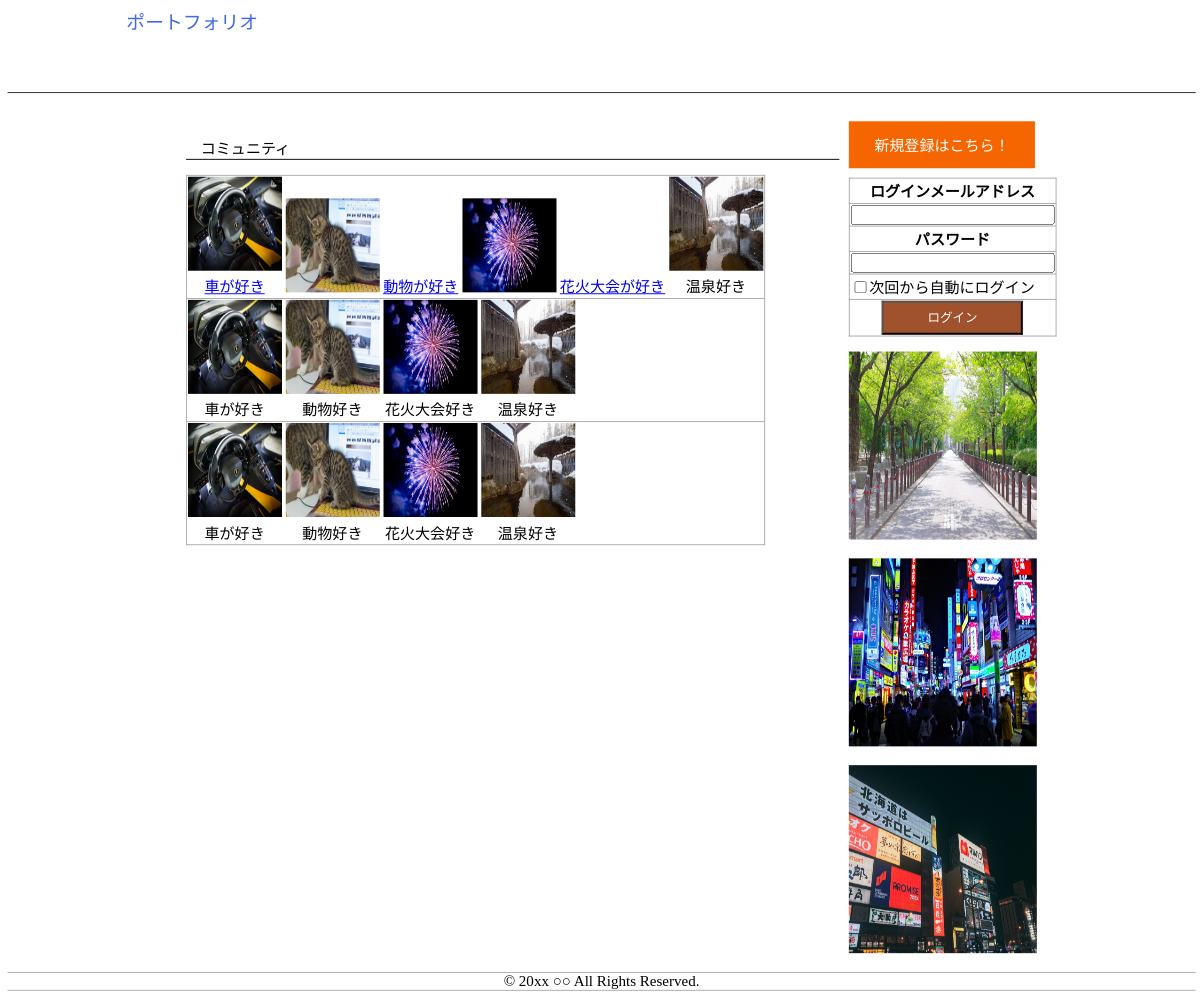
Repository: yuukiabc/samurai_PHP
Page: Login.html
The author's editor kept a record of every edit. The page is drawn from the files as they stood at one moment, then again after the next edit.
The browser window is 1280 px wide. The pictures show the whole page, at 94% of full size.

Above is the page before.

### Login.html
<!DOCTYPE html>
<html>
    <head><meta charset="UTF-8">
        <title>sns</title>
        <link rel="stylesheet"type="text/css"href="Login.css">
    </head>
    <body>

            <div class="f">
                <a href="HP.html">ポートフォリオ</a>
            </div>
            <div class="h">
            <div class="c">
                <p>　コミュニティ</p>
                <table>
                <tr>
                    <td>
                        <div class="community">
                            <img src="16.jpg" alt="画像"width="100" height="100">
                            <br><a href="#">車が好き</a>
                        </div>
                        <div class="community">
                            <img src="17.jpg" alt="画像"width="100" height="100">
                            <a href="#">動物が好き</a>
                        </div>
                        <div class="community">
                            <img src="18.jpg" alt="画像"width="100" height="100">
                            <a href="#">花火大会が好き</a>
                        </div>
                        <div class="community">
                            <img src="19.jpg" alt="画像"width="100" height="100">
                            <br>温泉好き
                        </div>
                    </td>
                </tr>
                <tr>
                    <td>
                        <div class="community">
                            <img src="16.jpg" alt="画像"width="100" height="100">
                            <br>車が好き
                        </div>
                        <div class="community">
                            <img src="17.jpg" alt="画像"width="100" height="100">
                            <br>動物好き
                        </div>
                        <div class="community">
                            <img src="18.jpg" alt="画像"width="100" height="100">
                            <br>花火大会好き
                        </div>
                        <div class="community">
                            <img src="19.jpg" alt="画像"width="100" height="100">
                            <br>温泉好き
                        </div>
                    </td>
                </tr>
                <tr>
                    <td>
                        <div class="community">
                            <img src="16.jpg" alt="画像"width="100" height="100">
                            <br>車が好き
                        </div>
                        <div class="community">
                            <img src="17.jpg" alt="画像"width="100" height="100">
                            <br>動物好き
                        </div>
                        <div class="community">
                            <img src="18.jpg" alt="画像"width="100" height="100">
                            <br>花火大会好き
                        </div>
                        <div class="community">
                            <img src="19.jpg" alt="画像"width="100" height="100">
                            <br>温泉好き
                        </div>
                    </td>
                </tr>
                </table>
            </div>

        <div class="a">
            <a href=""class="btn">新規登録はこちら！</a>
           <div align="center">
              <table>
                  <form action="HP.html" method="get">
                        <tr>
                          <th>
                              ログインメールアドレス
                          </th>
                        </tr>
                        <tr>
                          <td>
                              <input type="email" name="log-in e-mail address" value="" size="24">
                          </td>
                        </tr>
                      <tr>
                          <th>
                             パスワード
                          </th>
                        </tr>
                        <tr>
                          <td>
                              <input type="password" name="password" value="" size="24">
                          </td>
                        </tr>
                        <tr>
                            <td>
                            <input type="checkbox" name="Automatic login" value="1">次回から自動にログイン
                            </td>
                        </tr>
                        <tr>
                          <td align="center"colspan="2">

                              <input type="submit" class="btn2"value="ログイン">

                          </td>
                        </tr>
                  </form>
              </table>
            </div>
                <p>
                    <img src="8.jpg"alt="写真">
                </p>
                <p>
                    <img src="9.jpg"alt="写真">
                </p>
                <p>
                    <img src="10.jpg"alt="写真">
                </p>
            </div>
        </div>
        <div class="g">
            <p>&copy; 20xx ○○ All Rights Reserved.</p>
        </div>
    </body>
</html>

### Login.css
.f{
    border-bottom: 1px solid #2b2b2b;
    height:90px;
}
.f a{
  margin-left: 10%;
  text-decoration: none;
  font-size: 20px;
  color: #4169e1;
}
.menu{
    border-top: 1px solid #2b2b2b;
}
.h{
    overflow: hidden;
}
.a{
    height:100%;
    width:15%;
    float:left;
    margin-top:30px;
    padding-left:10px;
    box-sizing: border-box;
}
.a img{
    height:200px;
    width:200px;
}
.g{
    border-top: 1px solid #a9a9a9;
    border-bottom: 1px solid #a9a9a9;
    text-align:center;
}
.g p{
    margin:0;
}
.c{
    height:100%;
    width:55%;
    float:left;
    margin-top:30px;
    padding-left:15%;
}
th,td{
    border:1px #000000 solid;
    border-color:#a9a9a9;
}
.community{
    display:inline-block;
    text-align:center;
}
.btn{
    display: block;
	position: relative;
	width: 173px;
	padding: 0.8em;
	text-align: center;
	text-decoration: none;
	color: #fff;
	background: #f56500;
	margin-bottom:10px;
}
.btn hover{
    opacity:0.8;
	cursor: pointer;
	text-decoration: none;
}
.btn2{
    display: block;
	position: relative;
	width: 150px;
	padding: 0.5em;
	text-align: center;
	text-decoration: none;
	color: #fff;
	background: #a0522d;

}
.btn2 hover{
    opacity:0.8;
	cursor: pointer;
	text-decoration: none;
}
table{
    border-collapse:collapse;
}
.c p{
    border-bottom:1px #000000 solid;
}

After the next edit:
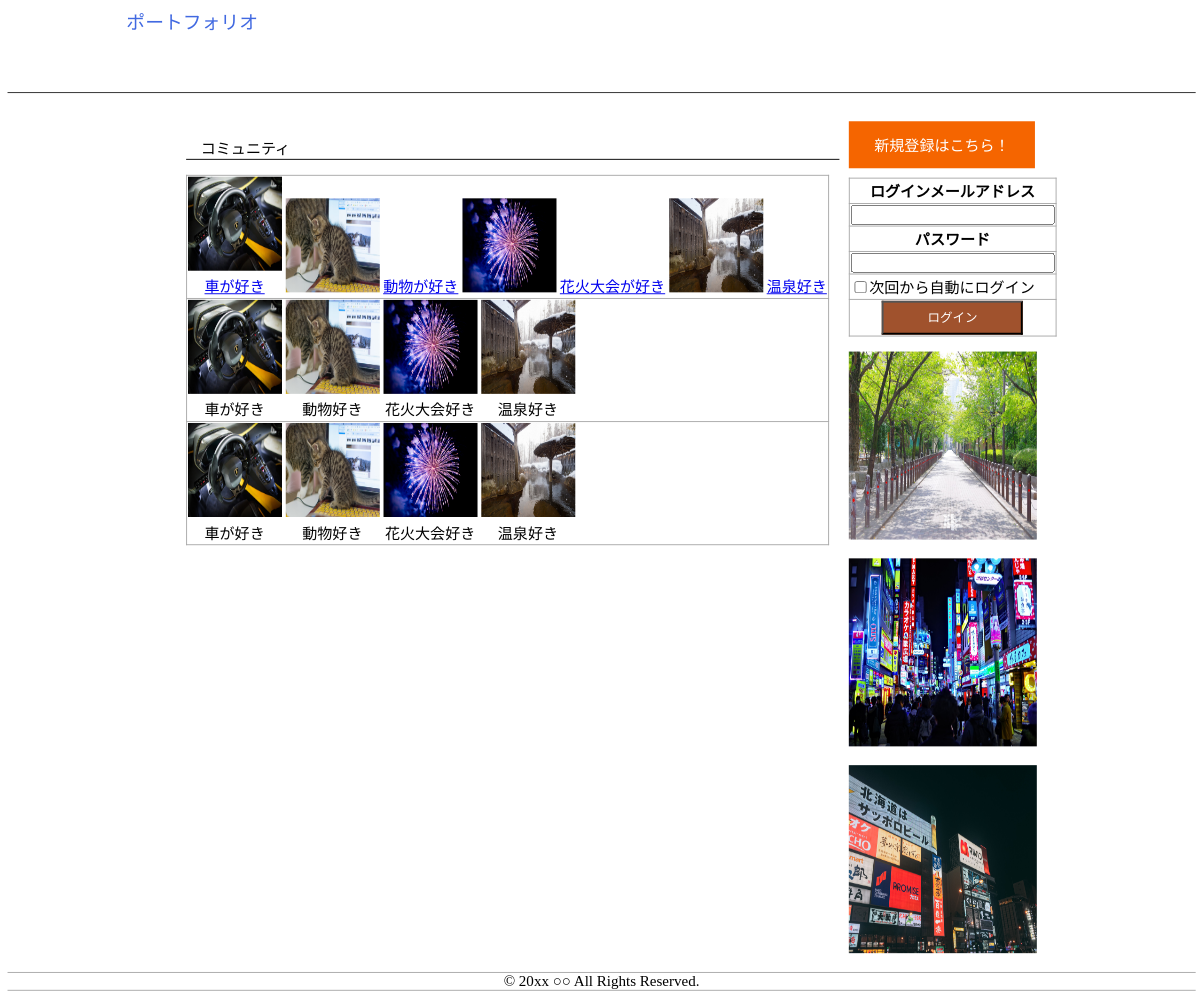
The edit:
--- a/Login.html
+++ b/Login.html
@@ -29,7 +29,7 @@
                         </div>
                         <div class="community">
                             <img src="19.jpg" alt="画像"width="100" height="100">
-                            <br>温泉好き
+                            <a href="#">温泉好き</a>
                         </div>
                     </td>
                 </tr>
